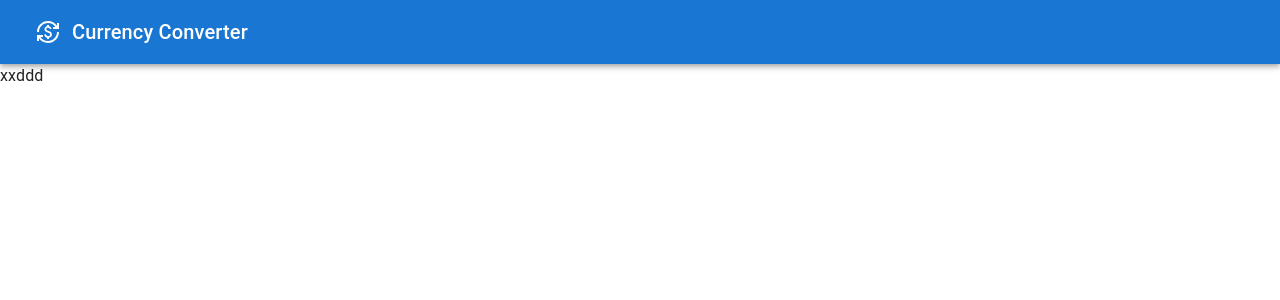
Repository: rutsguifd/currency-converter
Page: /
These files come from the project's save history. The page is drawn as it stood at one moment and after the next save; the edit follows.
The browser window is 1280 px wide. The pictures show the whole page.
The project was rebuilt for these pictures with package versions that can differ from the ones it lists, and the page was loaded fresh each time.

Above is the page before, as saved 2023-03-27 23:01:06.

After the next save:
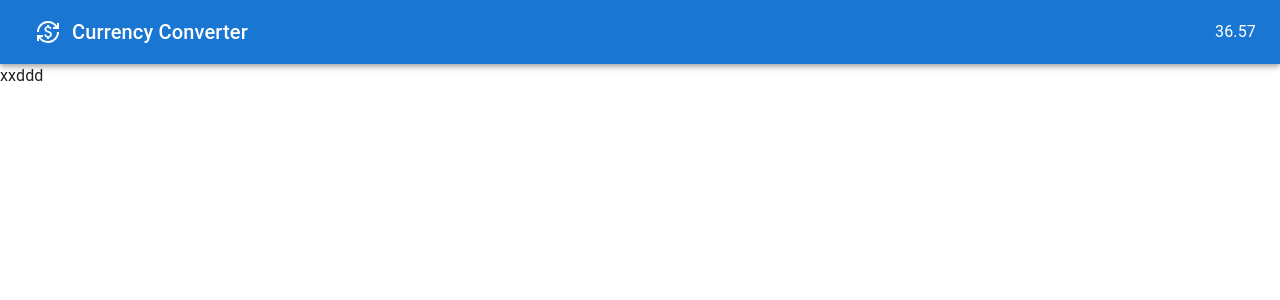
Saved 114 s later.
--- a/src/components/Header.jsx
+++ b/src/components/Header.jsx
@@ -30,6 +30,7 @@ const Header = () => {
           <Typography variant="h6" component="div" sx={{ flexGrow: 1 }}>
             Currency Converter
           </Typography>
+          <Typography>36.57</Typography>
         </Toolbar>
       </AppBar>
     </Box>
